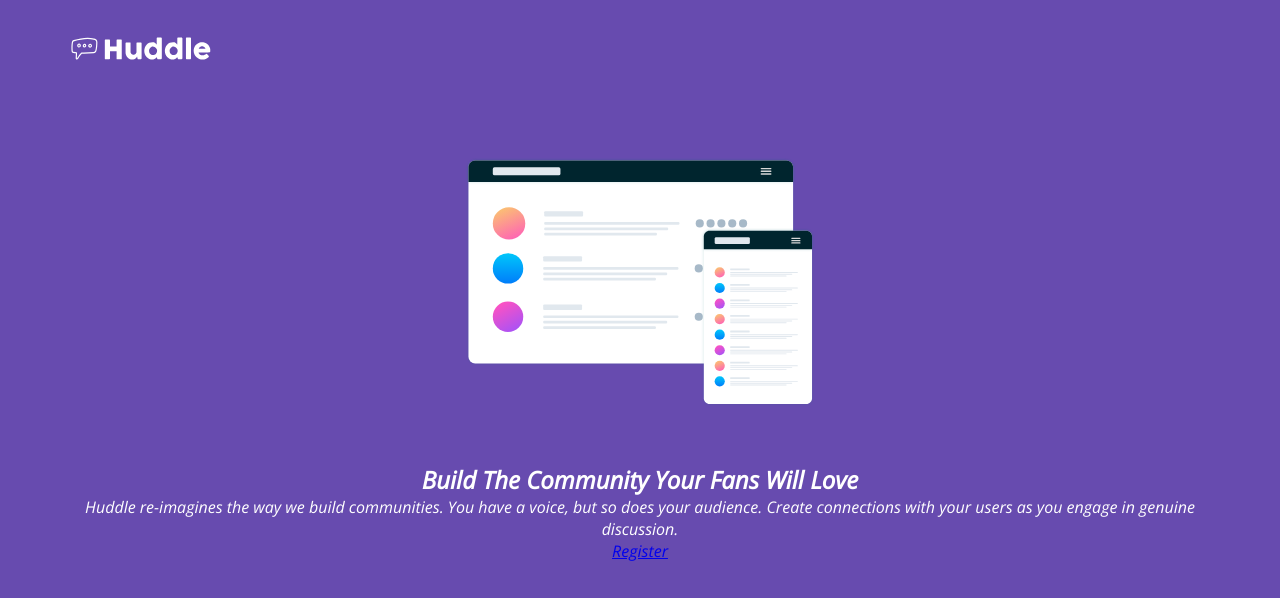
Repository: ivanvqz/huddle-landing-page
Page: index.html
These files come from the project's save history. The page is drawn as it stood at one moment and after a run of saves; the edit follows.
The browser window is 1280 px wide. The pictures show the part of the page from y = 0 to 598 px (the page is 983 px tall before and 1025 px after).
A picture or video elsewhere on the page could not be fetched, so the positions and the page height are approximate.

Above is the page before, as saved 2022-10-19 22:43:11.

After the next 4 saves:
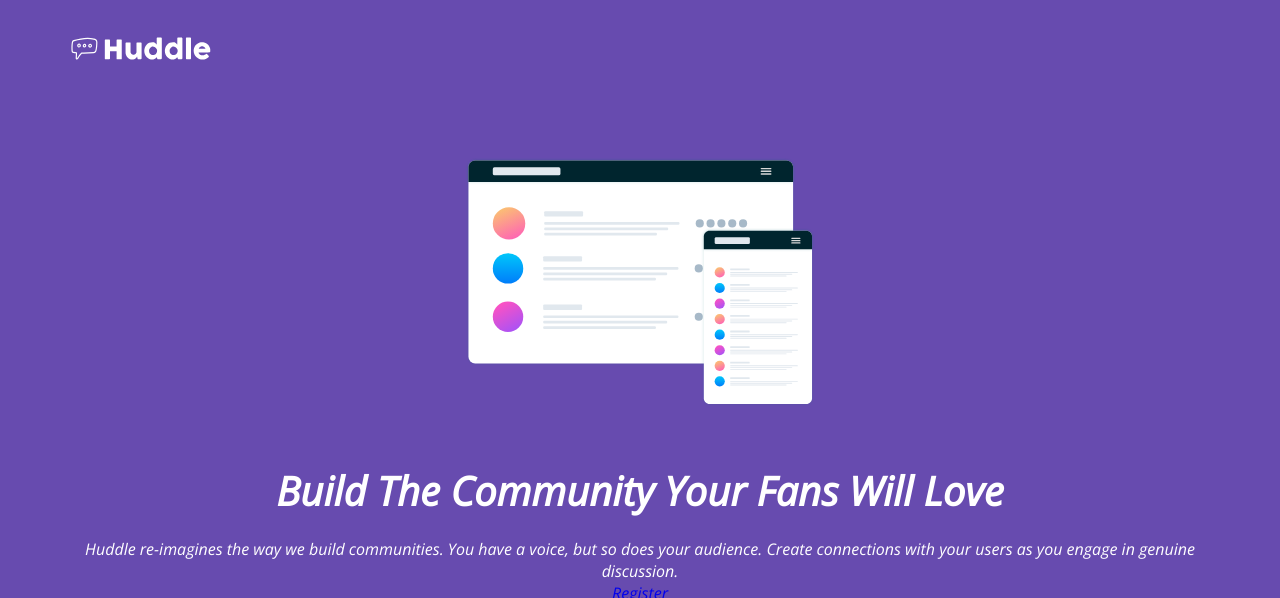
The 4 saves are shown as one change because they came seconds apart.
The last was saved 23 s later.
--- a/css/style.css
+++ b/css/style.css
@@ -57,3 +57,9 @@
     color: white;
     text-align: center;
 }
+
+.hero__title {
+    font-size: 2.5em;
+    font-weight: 700;
+    margin-bottom: 0.5em;
+}
